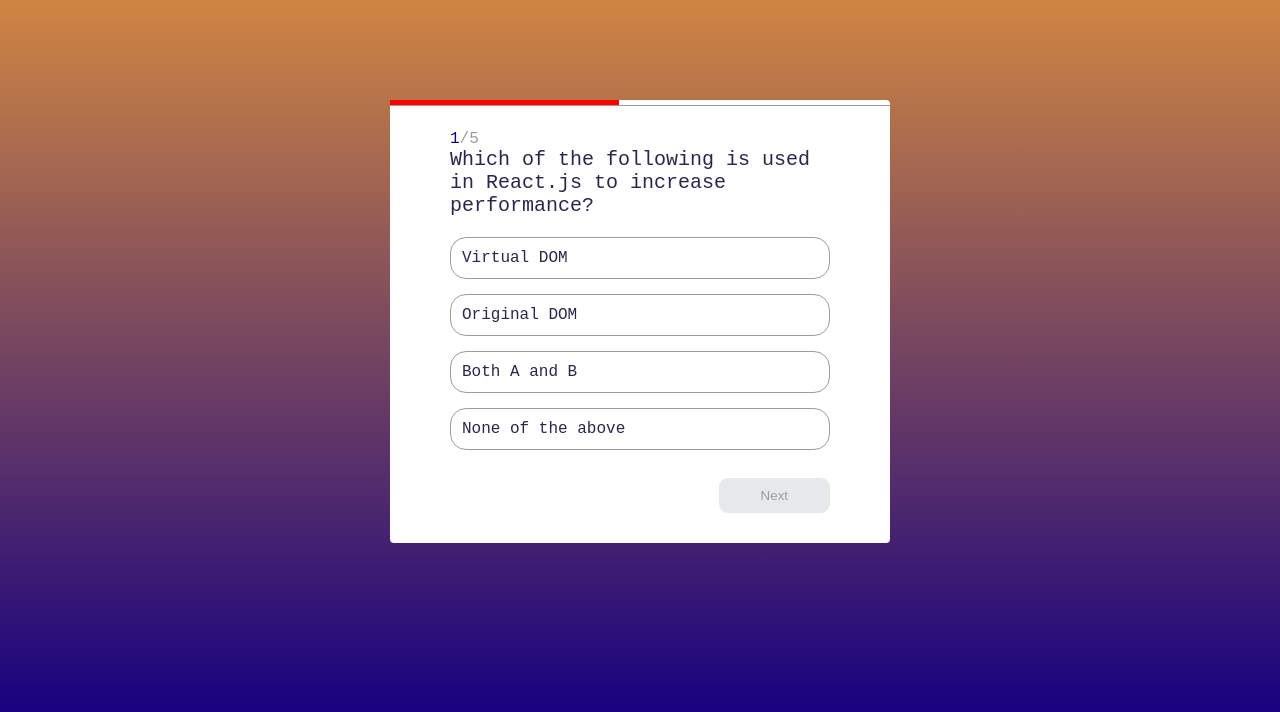
Repository: Abhi2807ar/quiz-appp
Page: /
These files come from the project's save history. The page is drawn as it stood at one moment and after the next save; the edit follows.
The browser window is 1280 px wide. The pictures show the whole page.
The project was rebuilt for these pictures with package versions that can differ from the ones it lists, and the page was loaded fresh each time. Also part of the build but not shown: vite.config.js.

Above is the page before, as saved 2024-10-10 01:23:43.

After the next save:
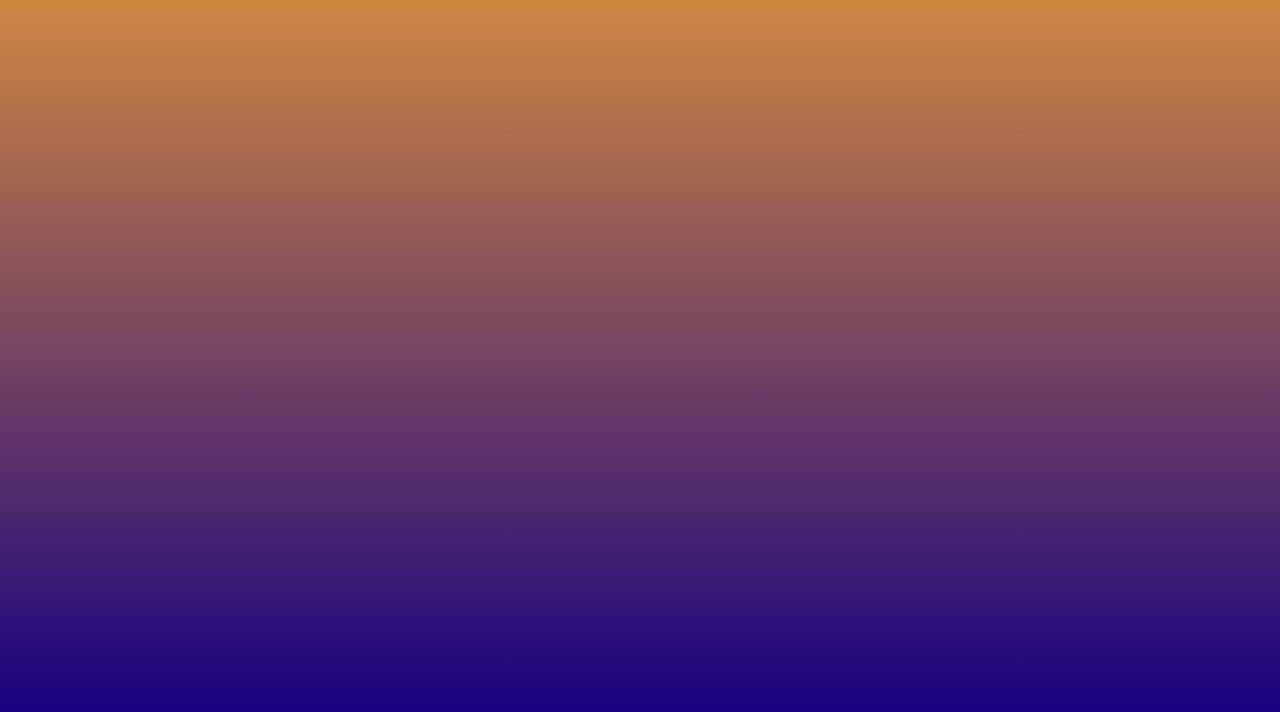
Console error: ReferenceError: back is not defined
Saved 75 s later.
--- a/src/components/AnswerTimer/AnswerTimer.jsx
+++ b/src/components/AnswerTimer/AnswerTimer.jsx
@@ -29,6 +29,7 @@
             <div
             style={{
                 width: `${progressLoaded}%`,
+                back
             }}
          className="progress"></div>
         </div>

After the 5 saves that followed:
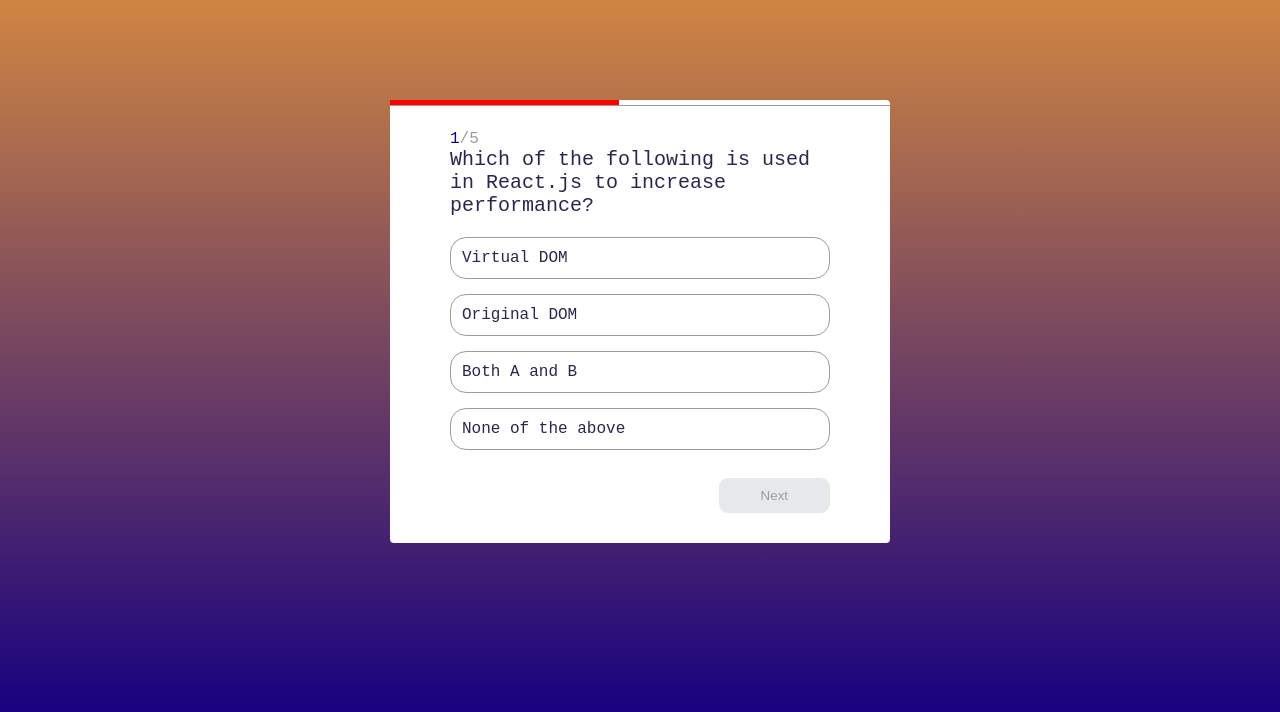
The error is gone.
The 5 saves are shown as one change because 1 did not build or start and 1 left the picture as it was and some came seconds apart.
The last was saved 23 s later.
--- a/src/components/AnswerTimer/AnswerTimer.jsx
+++ b/src/components/AnswerTimer/AnswerTimer.jsx
@@ -29,7 +29,7 @@
             <div
             style={{
                 width: `${progressLoaded}%`,
-                back
+                backgroundColor: `$`
             }}
          className="progress"></div>
         </div>
